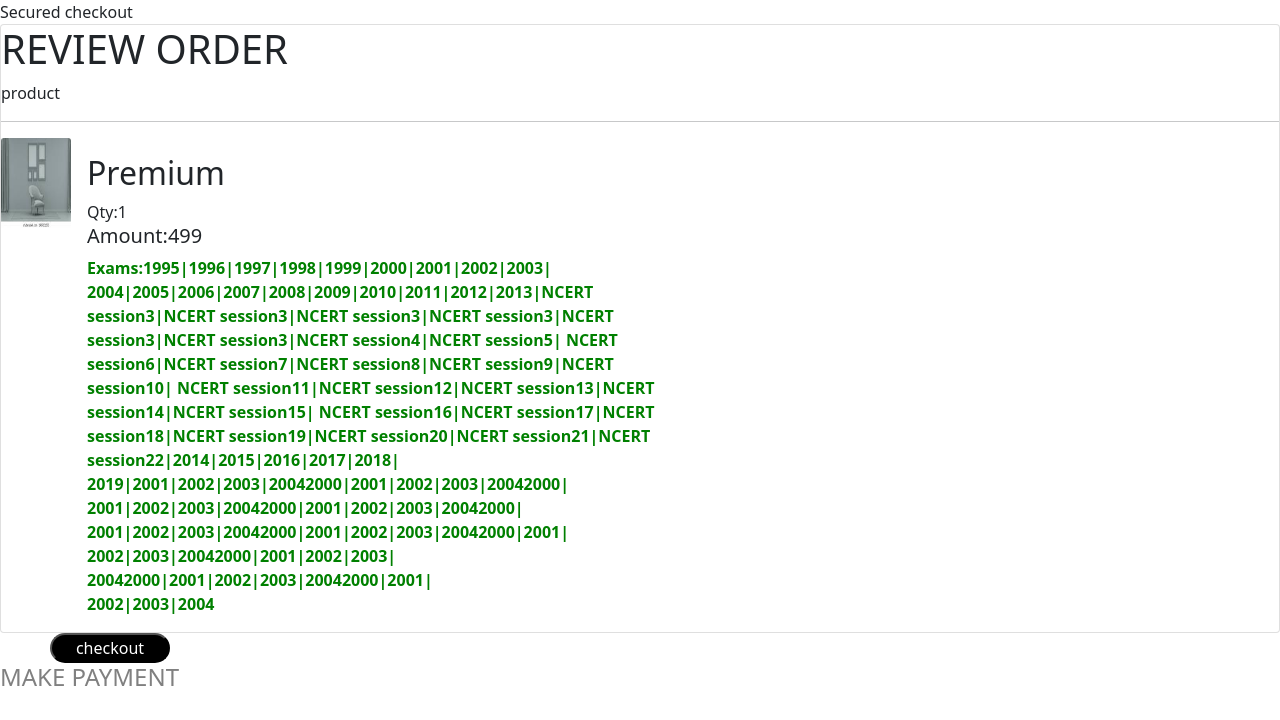
Repository: sreech465/e-prathibha
Page: /checkouts
An editor plug-in stored every save of this project. The page is shown before and after the next save, followed by the edit.
The browser window is 1280 px wide. The pictures show the whole page.
The project was rebuilt for these pictures with package versions that can differ from the ones it lists, and the page was loaded fresh each time. Also part of the build but not shown: src/Redux/Actions.js, src/Components/Register.js, src/Components/Verify.js, src/Components/Header.js, src/Components/Login.js, src/Components/Popup.css, src/Components/Popup.js, src/Components/WritExam.css and 10 more.

Above is the page before, as saved 2022-10-18 19:26:31.

### src/index.js
import React from "react";
import ReactDOM from "react-dom/client";
import "./index.css";
import App from "./App";
import reportWebVitals from "./reportWebVitals";
import { Provider } from "react-redux";
import { store } from "./Redux/Store";

import "bootstrap/dist/css/bootstrap.min.css";

const root = ReactDOM.createRoot(document.getElementById("root"));
root.render(
  <React.StrictMode>
    <Provider store={store}>
      <App />
    </Provider>
  </React.StrictMode>
);

// If you want to start measuring performance in your app, pass a function
// to log results (for example: reportWebVitals(console.log))
// or send to an analytics endpoint. Learn more: https://bit.ly/CRA-vitals
reportWebVitals();

### src/App.js
import "bootstrap/dist/css/bootstrap.min.css";
import "./App.css";
import Register from "./Components/Register";
import { useSelector } from "react-redux";
import Verify from "./Components/Verify";
import Header from "./Components/Header";
import Login from "./Components/Login";
import { Routes, Route } from "react-router-dom";
import WriteExam from "./Components/WriteExam";
import { BrowserRouter } from "react-router-dom";
import ListOfExams from "./Components/ListOfExams";
import CategoryOfExams from "./Components/CategoryOfExams";
import PremiumList from "./Components/PremiumList";
import MockList from "./Components/MockList";
import PwriteExam from "./Components/PwriteExam";
import Sidebar from "./Components/Sidebar";
import Packageanu from "./Components/Packageanu";
import Checkouts from "./Components/Checkouts";

import Finalpage from "./Components/Finalpage";
function App() {
  const state = useSelector((state) => state);
  console.log(state);

  return (
    <>
      <div className="App">
        <BrowserRouter>
          <Routes>
            <Route path="/register" element={<Register />} />
            <Route path="/Verify" element={<Verify />} />
            <Route path="/" element={<Login />} />
            <Route path="/ListOfExams" element={<ListOfExams />} />
            <Route path="/PremiumList" element={<PremiumList />} />
            <Route path="/MockList" element={<MockList />} />
            <Route path="/CategoryOfExams" element={<CategoryOfExams />} />
            <Route path="/ListOfExams/:id" element={<WriteExam />} />
            <Route path="/PremiumList/:id" element={<WriteExam />} />
            <Route path="/packages" element={<Packageanu />} />
            <Route path="/checkouts" element={<Checkouts />} />
            <Route path="/finalpage" element={<Finalpage />} />
          </Routes>
        </BrowserRouter>
      </div>
    </>
  );
}

export default App;

### src/Redux/Store.js
import { applyMiddleware } from "redux";

import { createStore } from "redux";
import thunk from "redux-thunk";
import { rootreducer } from "./CombineReducers";

export const store = createStore(rootreducer, applyMiddleware(thunk));

### src/App.css
.Sidebar {

  height:100%;
  width:50px;
  background-color: black;
  top:0;
  position:fixed;


}

body{
  margin:0;
  padding:0;
}

.App{
  width:100vw;
  height: 100vh;
}

.SidebarList{
  height: auto;
  padding: 0;
  width:100%;
}

.SidebarList .row{
  width:100%;
  height: 50px;
  border: rgba(11, 11, 11, 0.851);
list-style-type: none;
margin: 0;
color: white;
left: 0;
font-family: 'Lucida Sans', 'Lucida Sans Regular', 'Lucida Grande', 'Lucida Sans Unicode', Geneva, Verdana, sans-serif;
}

.row #icon {
  flex: 30%;
  display: grid;
  place-items: center;
}

### src/Components/Checkouts.js
import React from "react";
import { useNavigate } from "react-router-dom";
const Checkouts = () => {
  const navigate = useNavigate();
  const handleGet = () => {
    navigate("/finalpage");
  };
  return (
    <>
      <div>Secured checkout</div>

      <div class="card">
        <h1>REVIEW ORDER</h1>
        <div>product</div>
        <hr />
        <div style={{ display: "flex" }}>
          <img
            class="card-img-top"
            style={{ width: 70, height: 90 }}
            src="data:[embedded picture, 3279 characters]"
            alt="Card image cap"
          />
          <div class="card-body">
            <h2>Premium</h2>
            <div>Qty:1</div>
            <h5>Amount:499</h5>
            <div style={{ color: "green", fontWeight: "bold" }}>
              Exams:1995|1996|1997|1998|1999|2000|2001|2002|2003|
              <br />
              2004|2005|2006|2007|2008|2009|2010|2011|2012|2013|NCERT
              <br />
              session3|NCERT session3|NCERT session3|NCERT session3|NCERT
              <br />
              session3|NCERT session3|NCERT session4|NCERT session5| NCERT
              <br />
              session6|NCERT session7|NCERT session8|NCERT session9|NCERT
              <br />
              session10| NCERT session11|NCERT session12|NCERT session13|NCERT
              <br />
              session14|NCERT session15| NCERT session16|NCERT session17|NCERT
              <br />
              session18|NCERT session19|NCERT session20|NCERT session21|NCERT
              <br />
              session22|2014|2015|2016|2017|2018|
              <br />
              2019|2001|2002|2003|20042000|2001|2002|2003|20042000|
              <br />
              2001|2002|2003|20042000|2001|2002|2003|20042000|
              <br />
              2001|2002|2003|20042000|2001|2002|2003|20042000|2001|
              <br />
              2002|2003|20042000|2001|2002|2003|
              <br />
              20042000|2001|2002|2003|20042000|2001|
              <br />
              2002|2003|2004
            </div>
          </div>
        </div>
      </div>
      {/* <input
        style={{
          backgroundColor: "black",
          width: 130,
          height: 30,
          color: "white",
        }}
        type="button"
        value="MAKE PAYMENT"
        onclick={handlepay}
      /> */}
      <button
        style={{
          borderRadius: 40,
          backgroundColor: "black",
          color: "white",
          width: 120,
          height: 30,
          marginLeft: 50,
        }}
        onClick={handleGet}
      >
        checkout
      </button>
      <h4 style={{ color: "gray" }}>MAKE PAYMENT</h4>
    </>
  );
};

export default Checkouts;

### src/Redux/CombineReducers.js
import { combineReducers } from "redux";
import {
  loginReducer,
  packageReducer,
  payReducer,
  submitExamReducer,
} from "./Reducer";
import { endExamReducer } from "./Reducer";
import { yearlyQreducer } from "./Reducer";
import { verifyReducer } from "./Reducer";
import { registerReducer } from "./Reducer";
import { writeExamReducer } from "./Reducer";
import { premiumReducer } from "./Reducer";
import { mockReducer } from "./Reducer";

export const rootreducer = combineReducers({
  RegisterReducer: registerReducer,
  VerifyReducer: verifyReducer,
  LoginReducer: loginReducer,
  GetYearlyReducer: yearlyQreducer,
  WexamReducer: writeExamReducer,
  EexamReducer: endExamReducer,
  PremiumReducer: premiumReducer,
  MockReducer: mockReducer,
  SubmitExamReducer: submitExamReducer,
  PayReducer: payReducer,
  PackageReducer: packageReducer,
});

### src/Components/Sidebardata.js
import React from "react";
import HomeIcon from "@mui/icons-material/Home";
import ShoppingCartIcon from "@mui/icons-material/ShoppingCart";
import LegendToggleIcon from "@mui/icons-material/LegendToggle";
import LiveHelpIcon from "@mui/icons-material/LiveHelp";
import ManageSearchIcon from "@mui/icons-material/ManageSearch";
import AssistantPhotoIcon from "@mui/icons-material/AssistantPhoto";
import BuildIcon from "@mui/icons-material/Build";
import DomainVerificationIcon from "@mui/icons-material/DomainVerification";
export const Sidebardata = [
  {
    title: "",
    icon: <HomeIcon />,
    link: "/",
  },
  {
    title: "",
    icon: <ShoppingCartIcon />,
    link: "/packages",
  },
  {
    title: "",
    icon: <LegendToggleIcon />,
    link: "/summary",
  },
  {
    title: "",
    icon: <AssistantPhotoIcon />,
    link: "/result",
  },
  {
    title: "",
    icon: <ManageSearchIcon />,
    link: "/search",
  },
  {
    title: "",
    icon: <LiveHelpIcon />,
    link: "/help",
  },
  {
    title: "",
    icon: <BuildIcon />,
    link: "/help",
  },

  {
    title: "",
    icon: <DomainVerificationIcon />,
    link: "/help",
  },
];

### src/Redux/Reducer.js
import { Actions } from "../Components/types";

const initialstate1 = {
  user1: "",
  user2: "",
  user3: "",
  user4: "",
  user5: "",
  user6: "",
  user7: "",
  user8: "",
  user9: "",
  user10: "",
  user11: "",
};

export const loginReducer = (state = initialstate1, action) => {
  const { type, payload } = action;

  switch (type) {
    case Actions.LOGIN:
      return { ...state, user3: payload };
    default:
      return state;
  }
};

export const registerReducer = (state = initialstate1, action) => {
  const { type, payload } = action;

  switch (type) {
    case Actions.REGISTER:
      return { ...state, user1: payload };
    default:
      return state;
  }
};

export const verifyReducer = (state = initialstate1, action) => {
  const { type, payload } = action;

  switch (type) {
    case Actions.VERIFY:
      return { ...state, user2: payload };
    default:
      return state;
  }
};

export const yearlyQreducer = (state = initialstate1, action) => {
  const { type, payload } = action;

  switch (type) {
    case Actions.GETYEARLYQUESTIONS:
      return { ...state, user4: payload };
    default:
      return state;
  }
};

export const premiumReducer = (state = initialstate1, action) => {
  const { type, payload } = action;

  switch (type) {
    case Actions.PREMIUMEXAMS:
      return { ...state, user7: payload };
    default:
      return state;
  }
};

export const mockReducer = (state = initialstate1, action) => {
  const { type, payload } = action;

  switch (type) {
    case Actions.MOCKEXAMS:
      return { ...state, user8: payload };
    default:
      return state;
  }
};

export const writeExamReducer = (state = initialstate1, action) => {
  const { type, payload } = action;

  switch (type) {
    case Actions.WRITETHEEXAM:
      return { ...state, user5: payload };
    default:
      return state;
  }
};

export const submitExamReducer = (state = initialstate1, action) => {
  const { type, payload } = action;

  switch (type) {
    case Actions.SUBMITEXAM:
      return { ...state, user9: payload };
    default:
      return state;
  }
};

export const endExamReducer = (state = initialstate1, action) => {
  const { type, payload } = action;

  switch (type) {
    case Actions.ENDTHEEXAM:
      return { ...state, user6: payload };
    default:
      return state;
  }
};

export const payReducer = (state = initialstate1, action) => {
  const { type, payload } = action;

  switch (type) {
    case Actions.PAYDETAILS:
      return { ...state, user10: payload };
    default:
      return state;
  }
};

export const packageReducer = (state = initialstate1, action) => {
  const { type, payload } = action;

  switch (type) {
    case Actions.PACKAGEDETAILS:
      return { ...state, user11: payload };
    default:
      return state;
  }
};

### src/Components/types.js
export const Actions = {
  LOGIN: "LOGIN",
  REGISTER: "REGISTER",
  VERIFY: "VERIFY",
  GETYEARLYQUESTIONS: "GETYEARLYQUESTIONS",
  WRITETHEEXAM: "WRITETHEEXAM",
  SUBMITEXAM: "SUBMITEXAM",
  ENDTHEEXAM: "ENDTHEEXAM",
  PREMIUMEXAMS: "PREMIUMEXAMS",
  MOCKEXAMS: "MOCKEXAMS",
  PAYDETAILS: "PAYDETAILS",
  PACKAGEDETAILS: "PACKAGEDETAILS",
};

Loaded but not shown: public/index.html (common file); src/index.css (common file); src/reportWebVitals.js (common file)

After the next save:
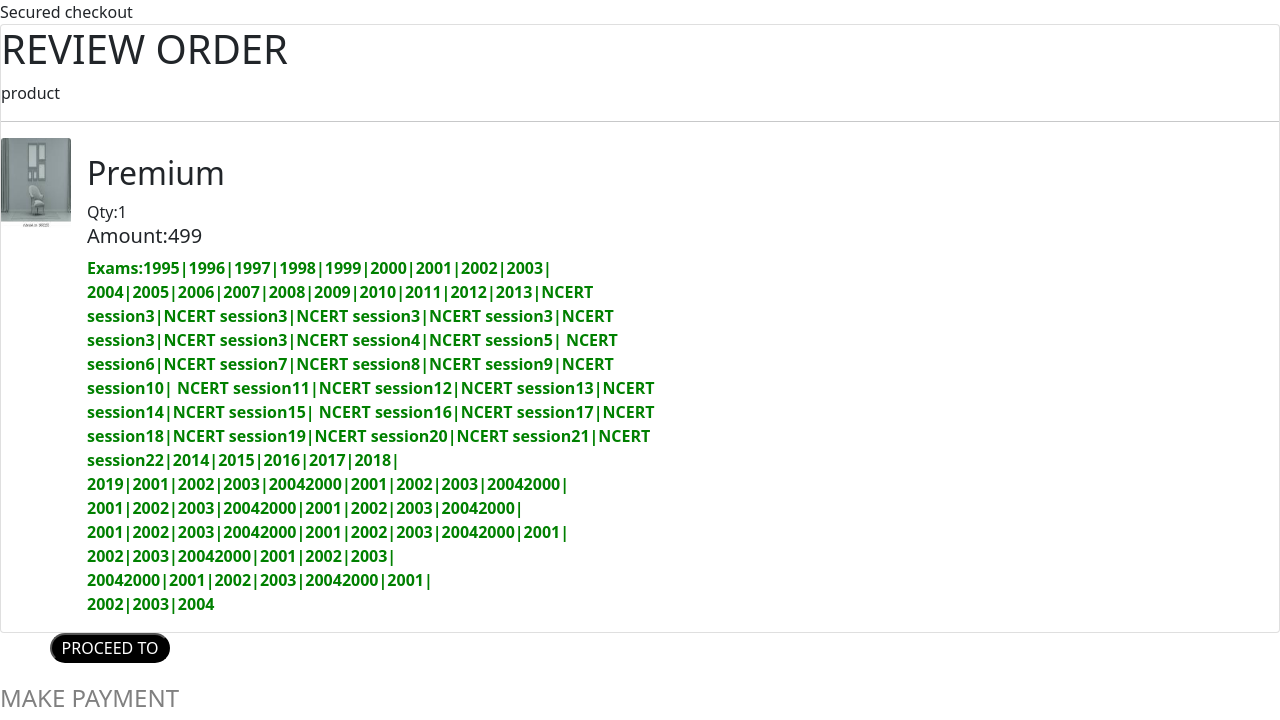
Saved 53 s later.
--- a/src/Components/Checkouts.js
+++ b/src/Components/Checkouts.js
@@ -80,7 +80,7 @@ const Checkouts = () => {
         }}
         onClick={handleGet}
       >
-        checkout
+        PROCEED TO PAY
       </button>
       <h4 style={{ color: "gray" }}>MAKE PAYMENT</h4>
     </>
